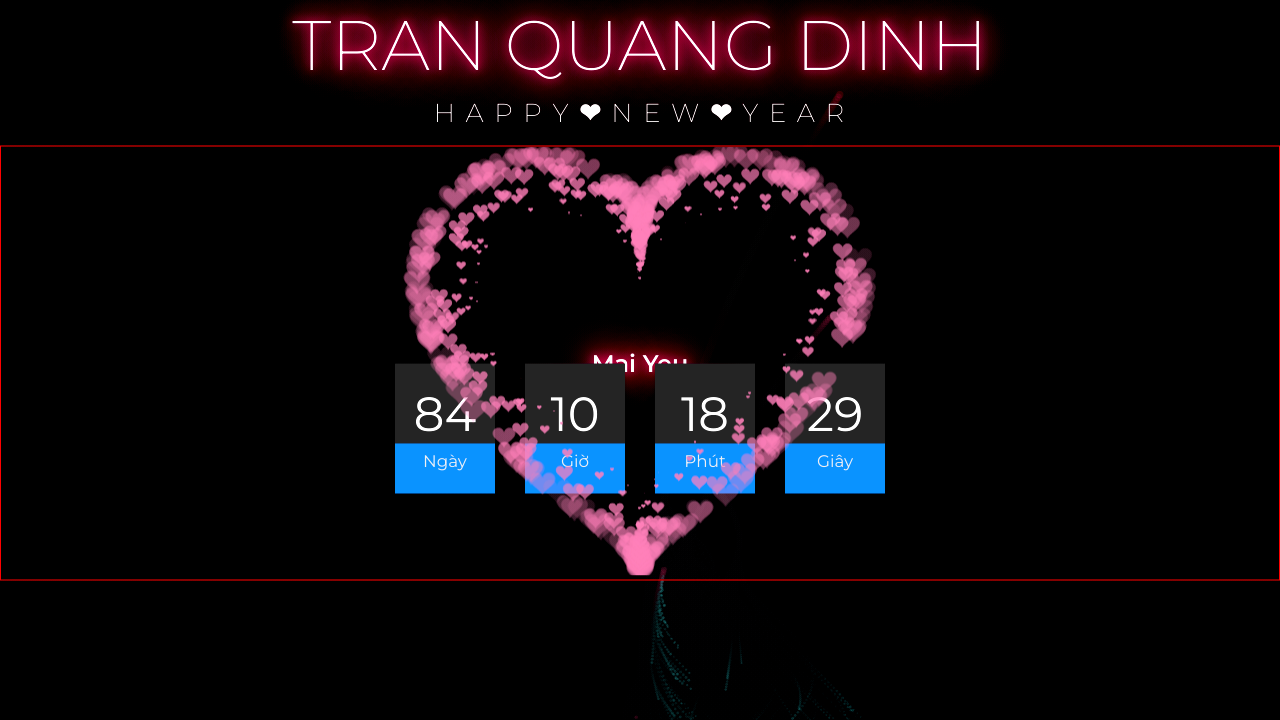
Repository: dinhtq-dev/heart-beat
Page: http://localhost/
These files come from the project's save history. The page is drawn as it stood at one moment and after the next save; the edit follows.
The browser window is 1280 px wide. The pictures show the whole page.
Some web libraries are served in a nearby version. The page is served by the project's Node server (app.js).

Above is the page before, as saved 2023-01-07 22:40:07.

### views/index.ejs
<!DOCTYPE html>
<html>
  <head>
    <meta charset="utf-8" />
    <link rel="preconnect" href="https://fonts.googleapis.com" />
    <link rel="preconnect" href="https://fonts.gstatic.com" crossorigin />
    <link
      href="https://fonts.googleapis.com/css2?family=Montserrat:wght@200;300;400;600&display=swap"
      rel="stylesheet"
    />
    <link href="css/main.css" rel="stylesheet" />
  </head>

  <body>
    <!-- <audio autoplay="autopaly">
      <source src="renxi.mp3" type="audio/mp3" />
    </audio> -->
    <!-- 星空html -->
    <!-- <div> -->
    <div class="container2">
      <div class="content">
        <canvas id="universe"></canvas>
      </div>
    </div>
    <!-- </div> -->
    <div class="title">
      <!-- EDIT HERE -->
      <h3 class="STARDUST1">2023</h3>
      <!-- <h1 class="STARDUST2">MT &amp; BN</h1> -->
      <h1 class="STARDUST2">TRAN QUANG DINH</h1>
      <!-- <h3 class="STARDUST3">L O V E <strong>❤</strong> Y O U</h3> -->
      <h3 class="STARDUST3">
        H A P P Y <strong>❤</strong> N E W <strong>❤</strong> Y E A R
      </h3>
      <!-- <img class="img" src="EDIT_ME.png" alt="JUNO_OKYO" /> -->
      <div class="container-fluid">
        <h2>Mai Yeu</h2>

        <div class="countdown">
          <div id="day"></div>
          <div id="hour"></div>
          <div id="minute"></div>
          <div id="second"></div>
        </div>
        <canvas id="pinkboard"></canvas>
      </div>
    </div>

    <script src="https://cdnjs.cloudflare.com/ajax/libs/jquery/1.10.2/jquery.min.js"></script>
    <script src="js/main.js"></script>
    <script src="js/particle.js"></script>
    <script src="js/universe.js"></script>
    <script src="js/time.js"></script>
  </body>
</html>

### app.js
const express = require("express");
const app = express();
const path = require("path");
const port = 3000;
// set the view engine to ejs
app.set("view engine", "ejs");
app.set("views", "./views");

app.use(express.static(path.join(__dirname, "public")));
// use res.render to load up an ejs view file

// index page
app.get("/", function (req, res) {
  res.render("index");
});

app.listen(port);
console.log("Server is listening on port", port);

### public/css/main.css
.more-pens {
  position: fixed;
  left: 20px;
  bottom: 20px;
  z-index: 10;
  font-family: "Montserrat";
  font-size: 12px;
}

a.white-mode,
a.white-mode:link,
a.white-mode:visited,
a.white-mode:active {
  font-family: "Montserrat";
  font-size: 12px;
  text-decoration: none; /* background: #212121; */
  padding: 4px 8px;
  color: #f7f7f7;
}

a.white-mode:hover,
a.white-mode:link:hover,
a.white-mode:visited:hover,
a.white-mode:active:hover {
  background: #edf3f8;
  color: #212121;
}

.title {
  z-index: 9999 !important;
  position: absolute;
  left: 50%;
  top: 42%;
  transform: translateX(-50%) translateY(-50%);
  font-family: "Montserrat";
  text-align: center;
  width: 100%;
}

.title h1 {
  z-index: 99;
  position: relative;
  color: #fff;
  font-weight: 100;
  font-size: 70px;
  padding: 0;
  margin: 0;
  line-height: 1;
  text-shadow: 0 0 10px #ff006c, 0 0 20px #ff006c, 0 0 30px #ff006c,
    0 0 40px #ff417d, 0 0 70px #ff417d, 0 0 80px #ff417d, 0 0 100px #ff417d,
    0 0 150px #ff417d;
}

.title h1 span {
  z-index: 99;
  font-weight: 600;
  padding: 0;
  margin: 0;
  color: #ffffff;
}

.title h3 {
  z-index: 99;
  font-weight: 200;
  font-size: 26px;
  padding: 0;
  margin: 0;
  line-height: 1;
  color: #ffffff;
  letter-spacing: 2px;
}

/* 爱心css */
canvas {
  position: absolute;
  width: 100%;
  height: 100%;
}

.img {
  position: absolute;
  left: 50%;
  top: 60%;
  transform: translate(-50%, -50%);
  width: 420px;
  height: 420px;
}

#pinkboard {
  position: relative;
  top: 0%;
  left: 0%;
  height: 429px;
}

.STARDUST1 {
  position: relative !important;
  top: -60px;
}

.STARDUST2 {
  position: relative !important;
  top: -40px;
}

.STARDUST3 {
  position: relative !important;
  top: -20px;
}

/* 星空css */
html,
body {
  padding: 0px;
  margin: 0px;
  width: 100%;
  height: 100%;
  position: fixed;
}

body {
  display: flex;
  justify-content: center;
  align-items: center;
  -webkit-filter: contrast(120%);
  filter: contrast(120%);
  background-image: radial-gradient(
    1600px at 70% 120%,
    rgba(33, 39, 80, 1) 10%,
    #020409 100%
  ) !important; /* background-color: black; */
}

.container2 {
  /* z-index: 8; */
  position: absolute;
  width: 100%;
  height: 100%;
  background-image: radial-gradient(
    1600px at 70% 120%,
    rgba(33, 39, 80, 1) 10%,
    #020409 100%
  ) !important;
}

.content {
  width: inherit;
  height: inherit;
  width: 100%;
  height: 100%;
  background-image: radial-gradient(
    1600px at 70% 120%,
    rgba(33, 39, 80, 1) 10%,
    #020409 100%
  ) !important;
}

#universe {
  width: 100%;
  height: 100%;
}

#footerContent {
  font-family: sans-serif;
  font-size: 110%;
  color: rgba(200, 220, 255, 0.3);
  width: 100%;
  position: fixed;
  bottom: 0px;
  padding: 20px;
  text-align: center;
  z-index: 20;
}

/* #footer {
  position: absolute;
  bottom: 0px;
  height: 300px;
  width: 100%;
} */
#scene {
  height: 100%;
  position: absolute;
  left: 50%;
  margin-left: -800px;
}

a {
  text-decoration: none;
  color: rgba(200, 220, 255, 1);
  opacity: 0.4;
  transition: opacity 0.4s ease;
}

a:hover {
  opacity: 1;
}

/* heart image: https://stackoverflow.com/a/51216413 */
img {
  /* width: 200px; */
  aspect-ratio: 1;
  object-fit: cover;
  --_m: radial-gradient(#000 69%, #0000 70%) 84.5% fill/100%;
  -webkit-mask-box-image: var(--_m);
  mask-border: var(--_m);
  clip-path: polygon(-41% 0, 50% 91%, 141% 0);
}

.container-fluid {
  border: 1px solid red;
  position: relative;
}

.container-fluid h2 {
  color: white;
  position: absolute;
  margin: 0;
  padding: 0;
  left: 50%;
  top: 50%;
  transform: translate(-50%, -50%);

  line-height: 1;
  text-shadow: 0 0 10px #ff006c, 0 0 20px #ff006c, 0 0 30px #ff006c,
    0 0 40px #ff417d, 0 0 70px #ff417d, 0 0 80px #ff417d, 0 0 100px #ff417d,
    0 0 150px #ff417d;
}

.container {
  position: absolute;
  top: 80px;
  left: 100px;
  right: 100px;
  bottom: 80px;
  background: url(https://images.unsplash.com/photo-1588392382834-a891154bca4d?ixid=MXwxMjA3fDB8MHxwaG90by1wYWdlfHx8fGVufDB8fHw%3D&ixlib=rb-1.2.1&auto=format&fit=crop&w=1589&q=80);
  background-attachment: fixed;
  display: flex;
  justify-content: center;
  align-items: center;
  flex-direction: column;
  box-shadow: 0 1px 1px rgba(0, 0, 0, 0.12), 0 2px 2px rgba(0, 0, 0, 0.12),
    0 4px 4px rgba(0, 0, 0, 0.12), 0 8px 8px rgba(0, 0, 0, 0.12),
    0 16px 16px rgba(0, 0, 0, 0.12);
}

.container h2 {
  text-align: center;
  font-size: 10em;
  line-height: 0.7em;
  color: #fff;
  margin-top: -80px;
}
.container h2 span {
  display: block;
  letter-spacing: 6px;
  font-size: 0.2em;
}

.countdown {
  display: flex;
  margin-top: 50px;
  position: absolute;
  left: 50%;
  top: 50%;
  transform: translate(-50%, -50%);
}

.countdown div {
  position: relative;
  width: 100px;
  height: 100px;
  line-height: 100px;
  text-align: center;
  background: #333;
  color: #fff;
  margin: 0 15px;
  font-size: 3em;
  box-shadow: 0 1px 1px rgba(0, 0, 0, 0.12), 0 2px 2px rgba(0, 0, 0, 0.12),
    0 4px 4px rgba(0, 0, 0, 0.12), 0 8px 8px rgba(0, 0, 0, 0.12),
    0 16px 16px rgba(0, 0, 0, 0.12);
}
.countdown div:before {
  content: "";
  position: absolute;
  bottom: -30px;
  left: 0;
  width: 100%;
  height: 50px;
  background: #1e90ff;
  color: #dddddd;
  font-size: 0.35em;
  line-height: 35px;
}

.countdown #day:before {
  content: "Ngày";
}
.countdown #hour:before {
  content: "Giờ";
}
.countdown #minute:before {
  content: "Phút";
}
.countdown #second:before {
  content: "Giây";
}

### public/js/main.js
let particles = [];
let microparticles = [];

const c1 = createCanvas({
  width: $(window).width(),
  height: $(window).height(),
});

const tela = c1.canvas;
const canvas = c1.context;

// $("body").append(tela);
$("body").append(c1.canvas);

class Particle1 {
  constructor(canvas) {
    this.random = Math.random();
    this.random1 = Math.random();
    this.random2 = Math.random();
    this.progress = 0;
    this.canvas = canvas;
    this.life = 1000 + Math.random() * 3000;

    this.x = $(window).width() / 2 + (Math.random() * 20 - Math.random() * 20);
    this.y = $(window).height();
    this.s = 2 + Math.random();
    this.w = $(window).width();
    this.h = $(window).height();
    this.direction = this.random > 0.5 ? -1 : 1;
    this.radius = 1 + 3 * this.random;
    this.color = "#ff417d";

    this.ID = setInterval(
      function () {
        microparticles.push(
          new microParticle(c1.context, {
            x: this.x,
            y: this.y,
          })
        );
      }.bind(this),
      this.random * 20
    );

    setTimeout(
      function () {
        clearInterval(this.ID);
      }.bind(this),
      this.life
    );
  }

  render() {
    this.canvas.beginPath();
    this.canvas.arc(this.x, this.y, this.radius, 0, 2 * Math.PI);
    // this.canvas.lineWidth = 2;
    this.canvas.shadowOffsetX = 0;
    this.canvas.shadowOffsetY = 0;
    // this.canvas.shadowBlur = 6;
    this.canvas.shadowColor = "#000000";
    this.canvas.fillStyle = this.color;
    this.canvas.fill();
    this.canvas.closePath();
  }

  move() {
    this.x -=
      this.direction * Math.sin(this.progress / (this.random1 * 430)) * this.s;
    this.y -= Math.cos(this.progress / this.h) * this.s;

    if (this.x < 0 || this.x > this.w - this.radius) {
      clearInterval(this.ID);
      return false;
    }

    if (this.y < 0) {
      clearInterval(this.ID);
      return false;
    }
    this.render();
    this.progress++;
    return true;
  }
}

class microParticle {
  constructor(canvas, options) {
    this.random = Math.random();
    this.random1 = Math.random();
    this.random2 = Math.random();
    this.progress = 0;
    this.canvas = canvas;

    this.x = options.x;
    this.y = options.y;
    this.s = 2 + Math.random() * 3;
    this.w = $(window).width();
    this.h = $(window).height();
    this.radius = 1 + this.random * 0.5;
    this.color = "#4EFCFE"; //this.random > .5 ? "#a9722c" : "#FFFED7"
  }

  render() {
    this.canvas.beginPath();
    this.canvas.arc(this.x, this.y, this.radius, 0, 2 * Math.PI);
    this.canvas.lineWidth = 2;
    this.canvas.fillStyle = this.color;
    this.canvas.fill();
    this.canvas.closePath();
  }

  move() {
    this.x -=
      Math.sin(this.progress / (100 / (this.random1 - this.random2 * 10))) *
      this.s;
    this.y += Math.cos(this.progress / this.h) * this.s;

    if (this.x < 0 || this.x > this.w - this.radius) {
      return false;
    }

    if (this.y > this.h) {
      return false;
    }
    this.render();
    this.progress++;
    return true;
  }
}

var random_life = 1000;

setInterval(
  function () {
    particles.push(new Particle1(canvas));
    random_life = 2000 * Math.random();
  }.bind(this),
  random_life
);

function clear() {
  let grd = canvas.createRadialGradient(
    tela.width / 2,
    tela.height / 2,
    0,
    tela.width / 2,
    tela.height / 2,
    tela.width
  );
  grd.addColorStop(0, "rgba(20,20,20,1)");
  grd.addColorStop(1, "rgba(0,0,0,0)");
  // Fill with gradient
  canvas.globalAlpha = 0.16;
  canvas.fillStyle = grd;
  canvas.fillRect(0, 0, tela.width, tela.height);
}

function blur(ctx, canvas, amt) {
  // ctx.filter = `blur(${amt}px)`
  // ctx.drawImage(canvas, 0, 0)
  // ctx.filter = 'none'
}

function update() {
  clear();
  particles = particles.filter(function (p) {
    return p.move();
  });
  microparticles = microparticles.filter(function (mp) {
    return mp.move();
  });
  requestAnimationFrame(update.bind(this));
}

function createCanvas(properties) {
  let canvas = document.createElement("canvas");
  canvas.width = properties.width;
  //   canvas.style.zIndex = 999;
  canvas.height = properties.height;
  let context = canvas.getContext("2d");
  return {
    canvas: canvas,
    context: context,
  };
}

update();

### public/js/universe.js
window.requestAnimationFrame =
  window.requestAnimationFrame ||
  window.mozRequestAnimationFrame ||
  window.webkitRequestAnimationFrame ||
  window.msRequestAnimationFrame;



this.draw = function() {
  universe.beginPath();

  if (this.giant) {
    universe.fillStyle = "rgba(" + giantColor + "," + this.opacity + ")";
    universe.arc(this.x, this.y, 2, 0, 2 * Math.PI, false);
  } else if (this.comet) {
    universe.fillStyle = "rgba(" + cometColor + "," + this.opacity + ")";
    universe.arc(this.x, this.y, 1.5, 0, 2 * Math.PI, false);

    //comet tail
    for (var i = 0; i < 30; i++) {
      universe.fillStyle =
        "rgba(" +
        cometColor +
        "," +
        (this.opacity - (this.opacity / 20) * i) +
        ")";
      universe.rect(
        this.x - (this.dx / 4) * i,
        this.y - (this.dy / 4) * i - 2,
        2,
        2
      );
      universe.fill();
    }
  } else {
    universe.fillStyle = "rgba(" + starColor + "," + this.opacity + ")";
    universe.rect(this.x, this.y, this.r, this.r);
  }

  universe.closePath();
  universe.fill();
};

this.move = function() {
  this.x += this.dx;
  this.y += this.dy;
  if (this.fadingOut === false) {
    this.reset();
  }
  if (this.x > width - width / 4 || this.y < 0) {
    this.fadingOut = true;
  }
};

(function() {
  setTimeout(function() {
    first = false;
  }, 50);
})();


function getProbability(percents) {
  return Math.floor(Math.random() * 1000) + 1 < percents * 10;
}

function getRandInterval(min, max) {
  return Math.random() * (max - min) + min;
}

function windowResizeHandler() {
  width = window.innerWidth;
  height = window.innerHeight;
  starCount = width * starDensity;
  circleRadius = width > height ? height / 2 : width / 2;
  circleCenter = {
    x: width / 2,
    y: height / 2,
  };

  canva.setAttribute("width", width);
  canva.setAttribute("height", height);
}

### public/js/time.js
/*Lấy thời gian tết âm lịch (mily giây)*/
var tetAmLich = new Date(2023, 1, 1, 0, 0, 0).getTime();

function newYear() {
  /*Lấy thời gian ngày hiện tại (mily giây) */
  var ngayHienTai = new Date().getTime();

  /*Tính thời gian còn lại (mily giây) */
  thoigianConLai = tetAmLich - ngayHienTai;

  /*Chuyển đơn vị thời gian tương ứng sang mili giây*/
  var giay = 1000;
  var phut = giay * 60;
  var gio = phut * 60;
  var ngay = gio * 24;

  /*Tìm ra thời gian theo ngày, giờ, phút giây còn lại thông qua cách chia lấy dư(%) và làm tròn số(Math.floor) trong Javascript*/
  var d = Math.floor(thoigianConLai / ngay);
  var h = Math.floor((thoigianConLai % ngay) / gio);
  var m = Math.floor((thoigianConLai % gio) / phut);
  var s = Math.floor((thoigianConLai % phut) / giay);

  /*Hiển thị kết quả ra các thẻ Div với ID tương ứng*/
  document.getElementById("day").innerText = d;
  document.getElementById("hour").innerText = h;
  document.getElementById("minute").innerText = m;
  document.getElementById("second").innerText = s;
}

/*Thiết Lập hàm sẽ tự động chạy lại sau 1s*/
setInterval(function () {
  newYear();
}, 1000);

Loaded but not shown: public/js/particle.js (278 lines, source omitted)

After the next save:
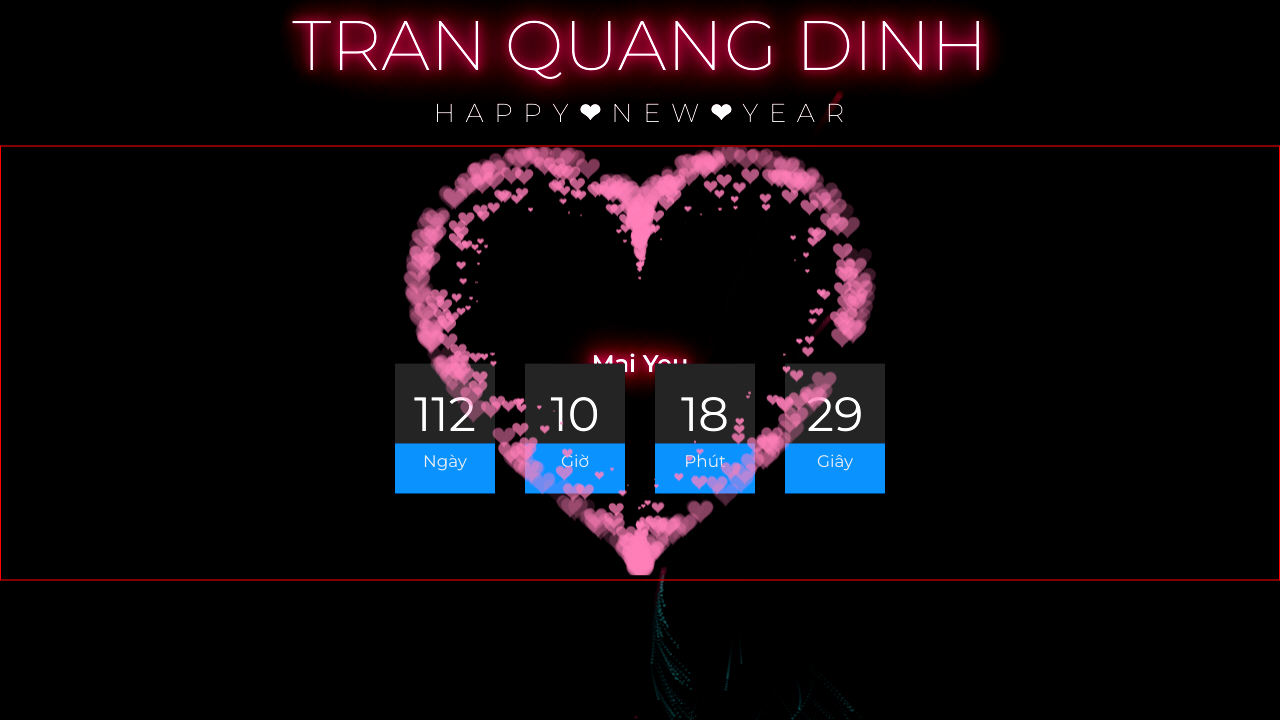
Saved 7 s later.
--- a/public/js/time.js
+++ b/public/js/time.js
@@ -1,5 +1,5 @@
 /*Lấy thời gian tết âm lịch (mily giây)*/
-var tetAmLich = new Date(2023, 1, 1, 0, 0, 0).getTime();
+var tetAmLich = new Date(2023, 2, 1, 0, 0, 0).getTime();
 
 function newYear() {
   /*Lấy thời gian ngày hiện tại (mily giây) */

After the save that followed:
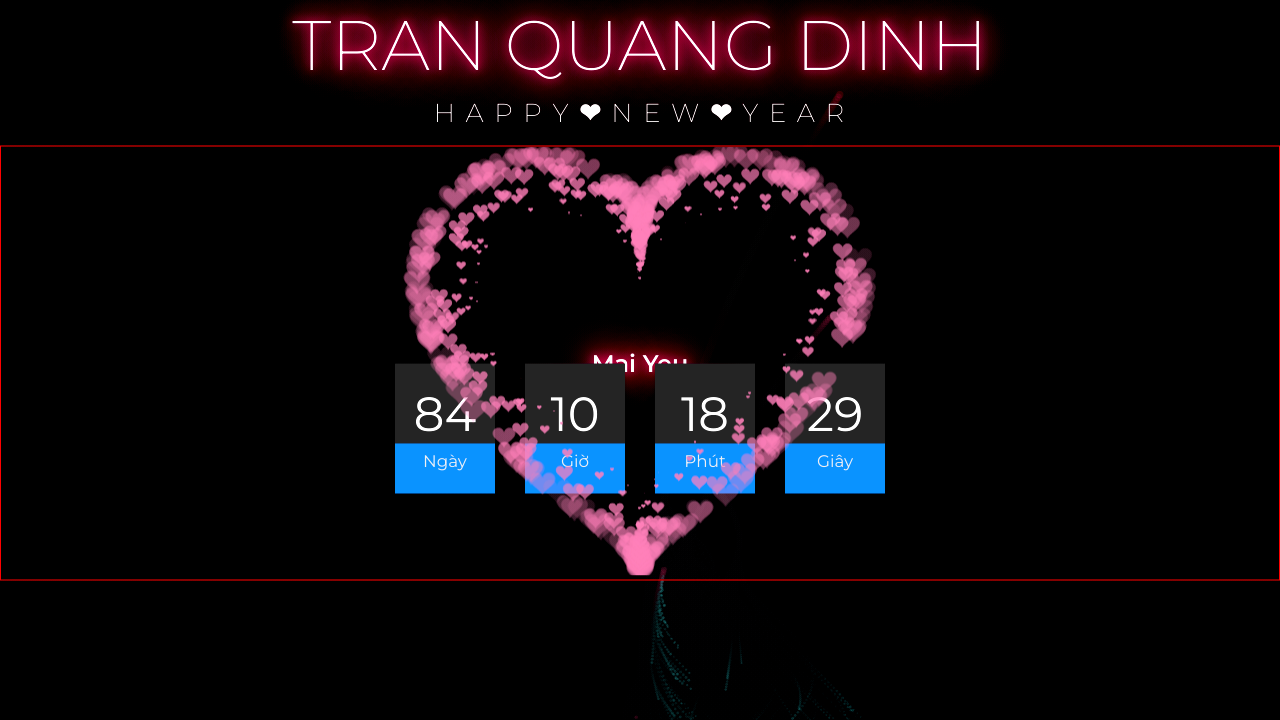
Saved 6 s later.
--- a/public/js/time.js
+++ b/public/js/time.js
@@ -1,5 +1,5 @@
 /*Lấy thời gian tết âm lịch (mily giây)*/
-var tetAmLich = new Date(2023, 2, 1, 0, 0, 0).getTime();
+var tetAmLich = new Date(2023, 1, 1, 0, 0, 0).getTime();
 
 function newYear() {
   /*Lấy thời gian ngày hiện tại (mily giây) */
